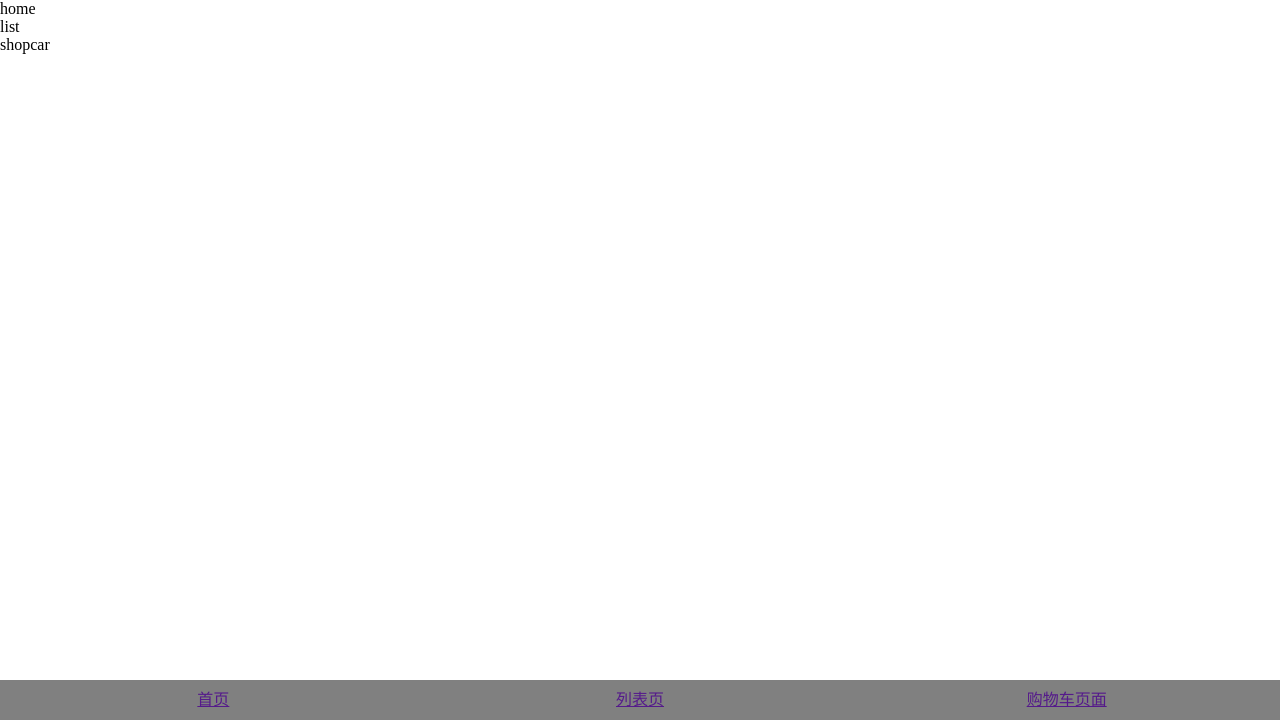
Repository: xiemin2161/mytest
Page: 04-动态组件.html
An editor plug-in stored every save of this project. The page is shown before and after the next save, followed by the edit.
The browser window is 1280 px wide. The pictures show the whole page.

Above is the page before, as saved 2023-02-02 10:39:22.

### 04-动态组件.html
<!DOCTYPE html>
<html>
  <head>
    <meta charset="utf-8" />
    <meta http-equiv="X-UA-Compatible" content="IE=edge,chrome=1" />
    <title>Examples</title>
    <meta name="description" content="" />
    <meta name="keywords" content="" />
    <link href="" rel="stylesheet" />
    <style type="text/css">
      * {
        margin: 0px;
        padding: 0px;
      }

      html,
      body {
        width: 100%;
        height: 100%;
      }
      footer ul {
        display: flex;
        position: fixed;
        left: 0px;
        bottom: 0px;
        width: 100%;
        height: 40px;
      }

      footer ul li {
        flex: 1;
        text-align: center;
        list-style: none;
        height: 40px;
        line-height: 40px;
        background: gray;
      }

      /*
   .bounce-enter-active {
     animation: bounce-in .5s;
   }
   .bounce-leave-active {
     animation: bounce-in .5s reverse;
   }
   @keyframes bounce-in {
     0% {
       transform: translateX(100px);
       opacity: 0;
     }

     100% {
       transform: translateX(0px);
       opacity: 1;
     }
   } */
    </style>
    <script type="text/javascript" src="lib/vue.js"></script>
  </head>
  <body>
    <div id="box">
      <home></home>
      <list></list>
      <shopcar></shopcar>
      <footer>
        <ul>
          <li><a href="">首页</a></li>
          <li><a href="">列表页</a></li>
          <li><a href="">购物车页面</a></li>
        </ul>
      </footer>
    </div>

    <script type="text/javascript">
      const vm = new Vue({
        el: "#box",
        data: {
          who: "home",
        },
        components: {
          home: {
            template: `
              <div>home</div>
            `,
          },
          list: {
            template: `
              <div>list</div>
            `,
          },
          shopcar: {
            template: `
              <div>shopcar</div>
            `,
          },
        },
      });
    </script>
  </body>
</html>

Loaded but not shown: lib/vue.js (library)

After the next save:
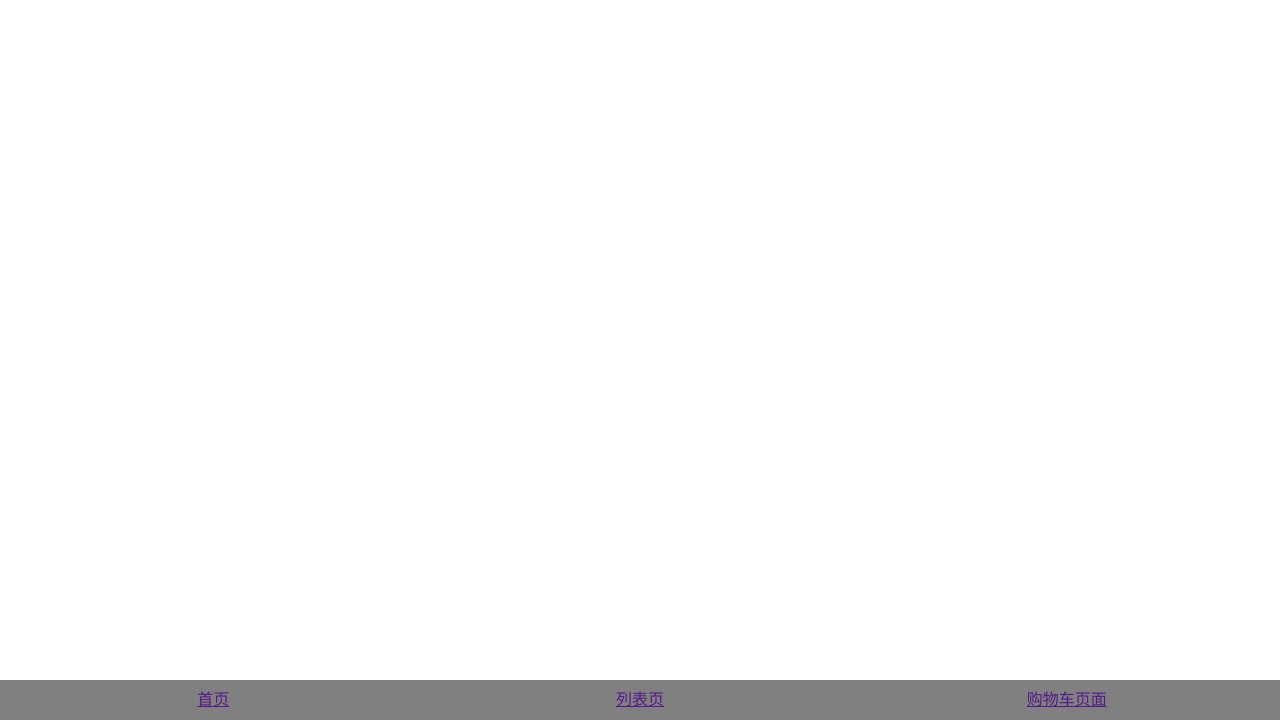
Saved 25 s later.
--- a/04-动态组件.html
+++ b/04-动态组件.html
@@ -59,9 +59,10 @@
   </head>
   <body>
     <div id="box">
-      <home></home>
+      <component></component>
+      <!-- <home></home>
       <list></list>
-      <shopcar></shopcar>
+      <shopcar></shopcar> -->
       <footer>
         <ul>
           <li><a href="">首页</a></li>
